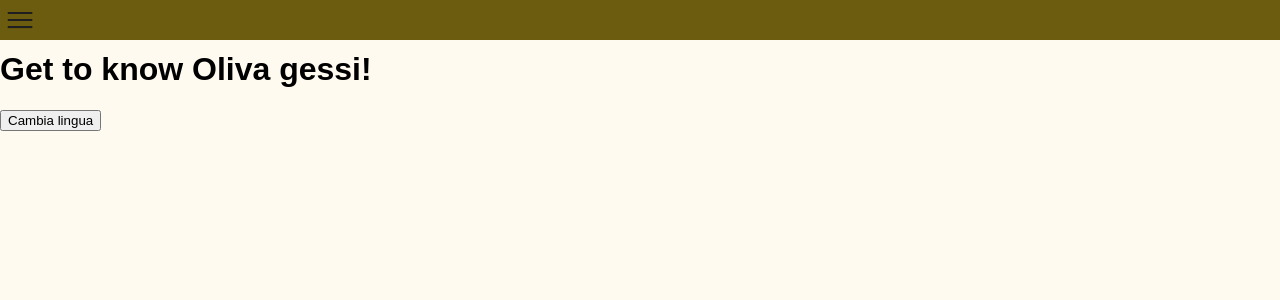
Repository: Seaside-Jokers/Oliva-gessi
Page: index.html
These files come from the project's save history. The page is drawn as it stood at one moment and after the next save; the edit follows.
The browser window is 1280 px wide. The pictures show the whole page.

Above is the page before, as saved 2026-02-16 19:37:55.

After the next save:
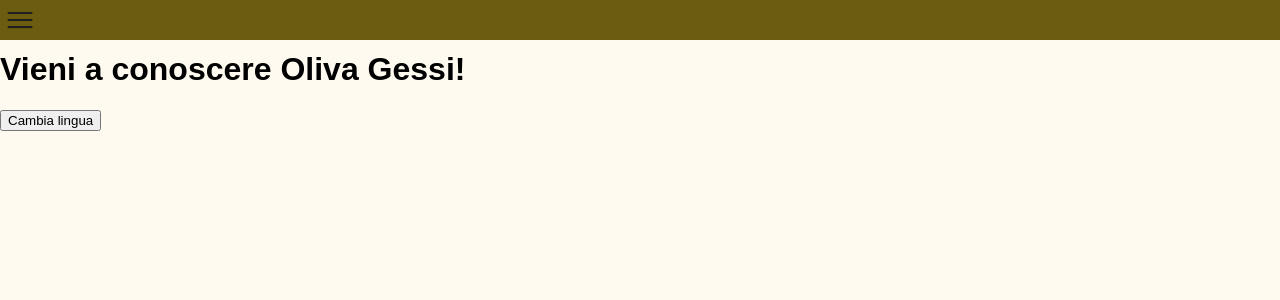
Console error: SyntaxError: Unexpected token 'var'
Saved 85 s later.
--- a/src/database_testo.js
+++ b/src/database_testo.js
@@ -12,6 +12,8 @@
         contact: "Contact"
     }
 }
+
+function getTe
 
 
 

After the save that followed:
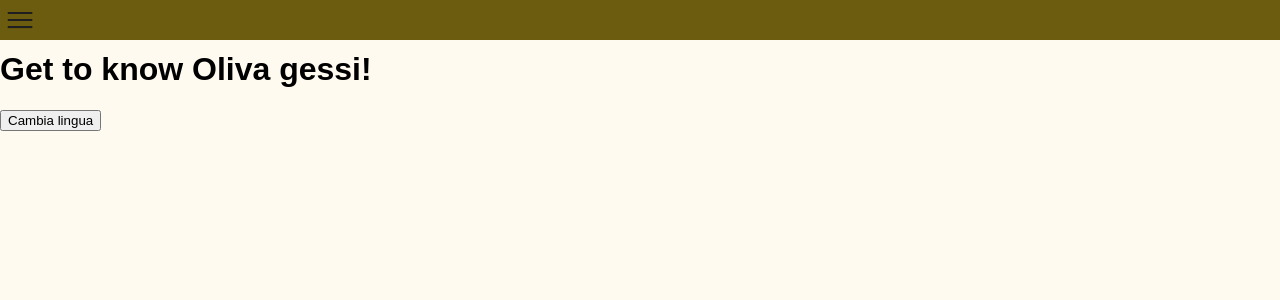
The error is gone.
Saved 4 s later.
--- a/src/database_testo.js
+++ b/src/database_testo.js
@@ -13,7 +13,9 @@
     }
 }
 
-function getTe
+function getTesto(key) {
+    return traduzioni[state][key] || key;
+}
 
 
 
